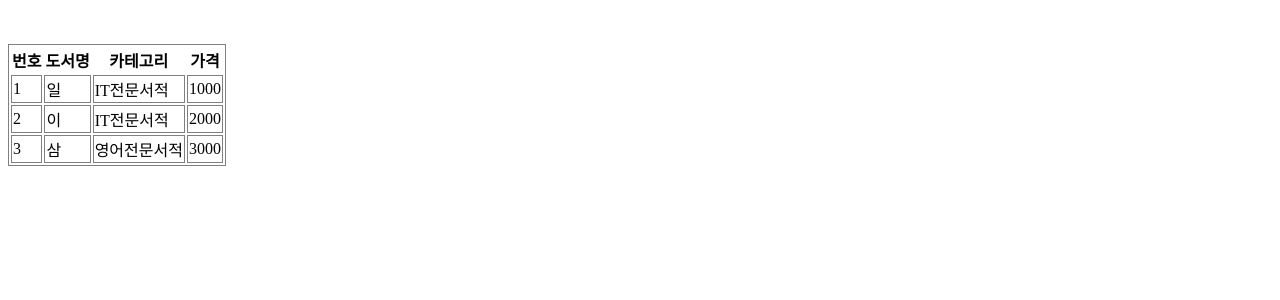
Repository: phoresis92/KITRI_JSP
Page: http://localhost/eljstl2/product.do
The author's editor kept a copy of each file at every save. The page is drawn from the files as they stood at one save, then again after the next save.
The browser window is 1280 px wide. The pictures show the whole page.
The page is served by Tomcat 9.

Above is the page before, as saved 2018-12-20 07:06:47.

After the next save:
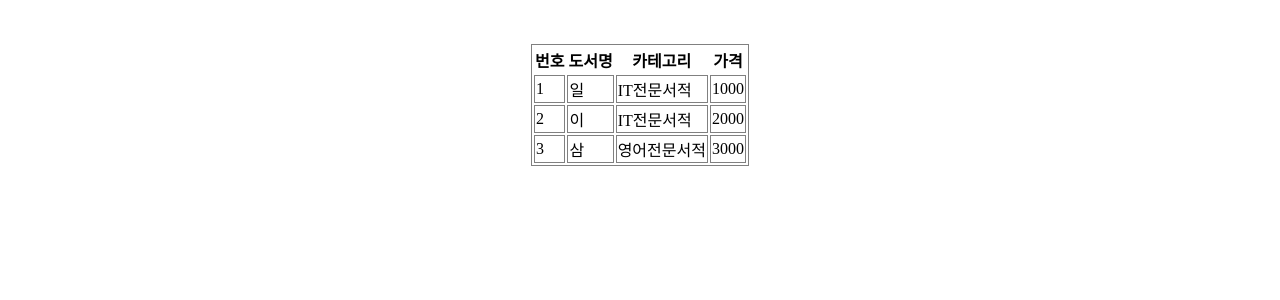
Saved 21 s later.
--- a/JSP_workspace/eljstl2/WebContent/productlistresult.jsp
+++ b/JSP_workspace/eljstl2/WebContent/productlistresult.jsp
@@ -49,7 +49,7 @@ td {
 
 	<c:set var="list" value="${ PROD }" />
 	<br><br>
-	<table style="border: 1px solid gray;">
+	<table style="border: 1px solid gray; margin: auto;"">
 		<tr>
 			<th>번호</th>
 			<th>도서명</th>
